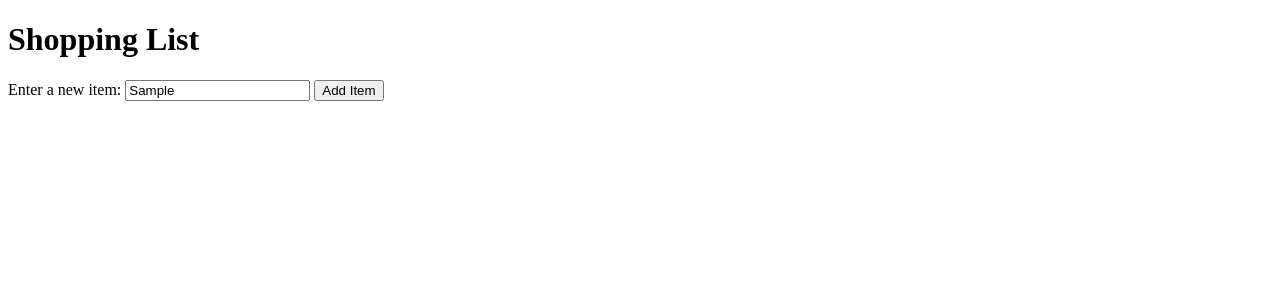
Repository: EguJaredoBoyd/IgHub
Page: shopping-list/index.html
The author's editor kept a copy of each file at every save. The page is drawn from the files as they stood at one save, then again after the next save.
The browser window is 1280 px wide. The pictures show the whole page.
Empty fields were first filled with sample values (such as "Sample", 5 or name@example.com).
After loading, the first visible `button` was clicked once.

Above is the page before, as saved 2025-03-04 11:26:59.

### shopping-list/index.html
<!DOCTYPE html>
<html lang="en">
<head>
    <meta charset="UTF-8">
    <meta name="viewport" content="width=device-width, initial-scale=1.0">
    <title>Shopping List</title>
    <!-- Internal Styling -->
     <style>
        li{
            margin-bottom: 10px;
        }

        li button{
            font-size: 12px;
            margin-left: 20px;
            color: darkgray;
        }
     </style>
</head>
<body>
    <h1>Shopping List</h1>

    <div>
        <label for="item">Enter a new item:</label>
        <input type="text" name="item" id="item">
        <button onclick="addItem()"> Add Item</button>
    </div>

    <ul></ul>



    <script>
        const list = document.querySelector("ul");
        const input = document.querySelector("input");
        const button = document.querySelector("button");

        function addItem(){
            let item = input.value;
            alert("You have added " + item + " to your shopping list");
        }
    </script>
</body>
</html>

After the next save:
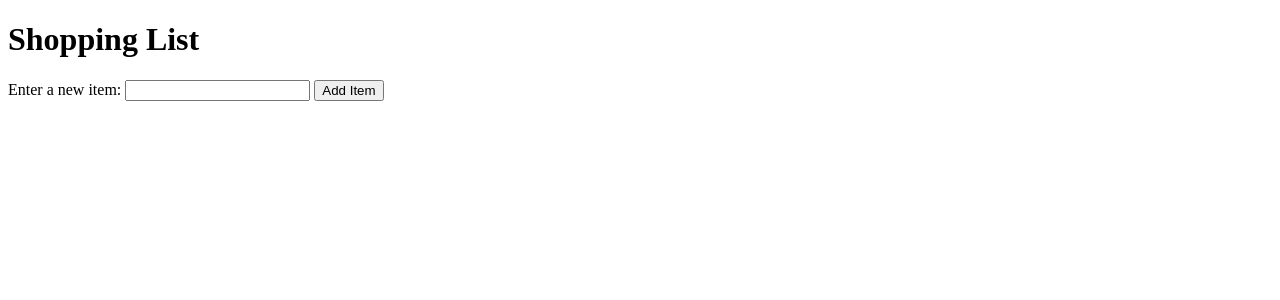
Saved 7 min 37 s later.
--- a/shopping-list/index.html
+++ b/shopping-list/index.html
@@ -37,6 +37,7 @@
 
         function addItem(){
             let item = input.value;
+            input.value = "";
             alert("You have added " + item + " to your shopping list");
         }
     </script>
